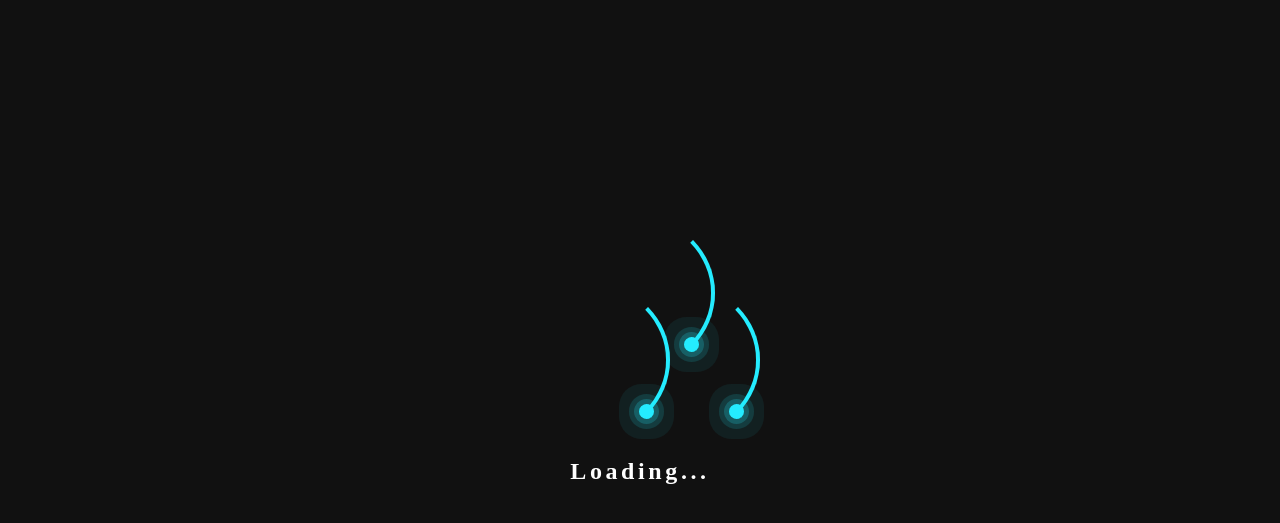
Repository: kiranjeetkaur01/csseffect.github.io
Page: index.html
These files come from the project's save history. The page is drawn as it stood at one moment and after the next save; the edit follows.
The browser window is 1280 px wide. The pictures show the whole page.

Above is the page before, as saved 2023-09-08 12:04:11.

### index.html
<!DOCTYPE html>
<html lang="en">
<head>
    <meta charset="UTF-8">
    <meta name="viewport" content="width=device-width, initial-scale=1.0">
    <title>CSS Animation Effets</title>
    <link rel="stylesheet" href="style.css">
</head>
<body>
    <div class="container">
        <div class="ring">

        </div>
        <div class="ring">

        </div>
        <div class="ring">

        </div>
        <p>Loading...</p>
    </div>
</body>
</html>

### style.css
*{
    margin: 0;
    padding: 0;
    box-sizing: border-box;
}

body,html{
    display: flex;
    align-items: center;
    justify-content: center;
    min-height: 100vh;
    background: #111;
}
.container{
    position: relative;
    width: 100%;
    display: flex;
    align-items: center;
    justify-content: center;
}
.container .ring{
    position: relative;
    width: 150px;
    height: 150px;
    margin: -30px;
    border: 4px solid transparent;
    border-radius: 50%;
    border-top: 4px solid #24ecff;
    animation: animate 4s linear infinite;
}
@keyframes animate {
    0%{
        transform: rotate(0deg);
    }
    100%{
        transform: rotate(360deg);
    }
}
.container .ring::before{
    position: absolute;
    content: "";
    top: 12px;
    right: 12px;
    border-radius: 50%;
    width: 15px;
    height: 15px;
    background: #24ecff;
    box-shadow: 0 0 0 5px #24ecff33,
    0 0 0 10px #24ecff22,
    0 0 0 20px #24ecff11;
}
.container .ring:nth-child(3){
    position: absolute;
    top: -66.6px;

}
.container .ring:nth-child(2){
animation: animate2 4s linear infinite;
}

@keyframes animate2 {
    0%{
        transform: rotate(0deg);
    }
    100%{
        transform: rotate(360deg);
    }
}
.container .ring:nth-child(1){

}
.container p{
    position: absolute;
    color: #fff;
    font-size: 1.5em;
    font-family: gilroy;
    bottom: -80px;
    font-weight: 600;
    letter-spacing: 0.15em;


}

After the next save:
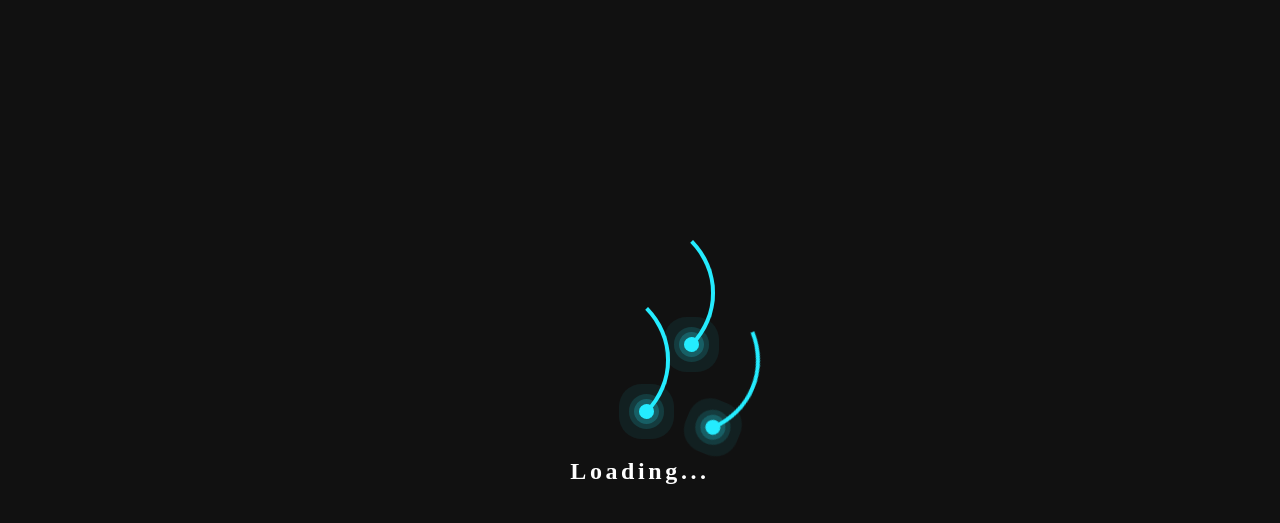
Saved 18 s later.
--- a/style.css
+++ b/style.css
@@ -60,7 +60,7 @@
 
 @keyframes animate2 {
     0%{
-        transform: rotate(0deg);
+        transform: rotate(30deg);
     }
     100%{
         transform: rotate(360deg);
